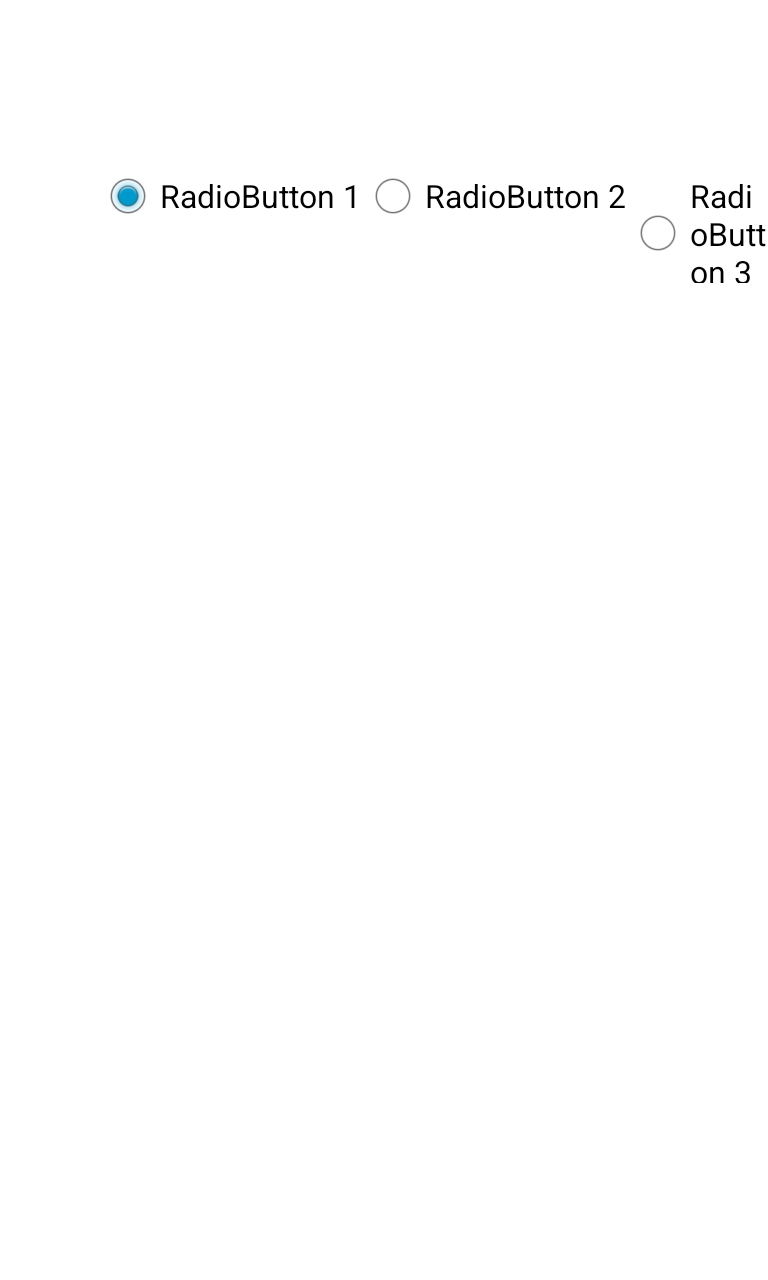
Repository: nicolas2lee/SpO2
Layout: testRadioGroup/res/layout/activity_main.xml
An editor plug-in stored every save of this project. The layout is shown before and after the next save, followed by the edit.
It is drawn on a 768 x 1280 px phone screen (xhdpi) without system bars, with theme AppTheme; the app's code is not run.

Above is the layout before, as saved 2016-01-21 13:49:30.

After the next save:
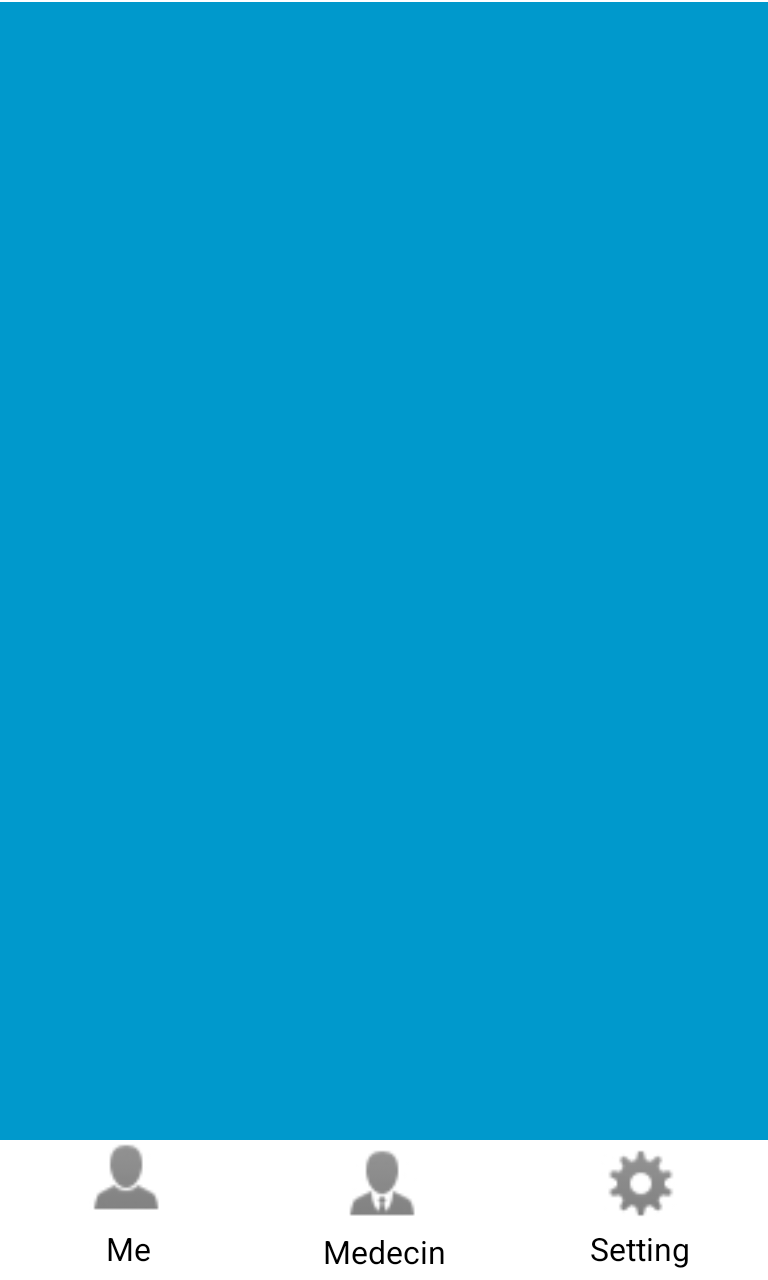
Saved 7 s later.
--- a/testRadioGroup/res/layout/activity_main.xml
+++ b/testRadioGroup/res/layout/activity_main.xml
@@ -1,37 +1,68 @@
 <RelativeLayout xmlns:android="http://schemas.android.com/apk/res/android"
     xmlns:tools="http://schemas.android.com/tools"
     android:layout_width="match_parent"
-    android:layout_height="match_parent" >
+    android:layout_height="match_parent"
+    android:background="#0099cc"
+    android:fitsSystemWindows="true" >
 
     <RadioGroup
         android:id="@+id/radioGroup1"
-        android:layout_width="wrap_content"
-        android:layout_height="wrap_content"
-        android:layout_alignParentLeft="true"
-        android:layout_alignParentTop="true"
-        android:layout_marginLeft="48dp"
-        android:layout_marginTop="82dp"
-        android:orientation="horizontal">
+        android:layout_width="match_parent"
+        android:layout_height="70dp"
+        android:layout_alignParentBottom="true"
+
+        android:background="@color/white"
+        android:orientation="horizontal"
+       >
 
         <RadioButton
-            android:id="@+id/radio0"
-            android:layout_width="wrap_content"
-            android:layout_height="wrap_content"
+            android:id="@+id/me"
+            android:layout_width="0dp"
+            android:layout_height="match_parent"
+
+            android:gravity = "center"
+            android:layout_weight="1"
+            android:button = "@null"
+            android:drawableTop="@drawable/me"
             android:checked="true"
-            android:text="RadioButton 1" />
+            android:text="Me" />
 
         <RadioButton
-            android:id="@+id/radio1"
-            android:layout_width="wrap_content"
-            android:layout_height="wrap_content"
-            android:text="RadioButton 2" />
+            android:id="@+id/medecin"
+            android:layout_width="0dp"
+            android:layout_height="match_parent"
+             android:paddingTop = "3dp"
+            android:gravity = "center"
+            android:layout_weight="1"
+            android:button = "@null"
+            android:drawableTop="@drawable/doctor"
+            android:text="Medecin" />
 
         <RadioButton
-            android:id="@+id/radio2"
-            android:layout_width="wrap_content"
-            android:layout_height="wrap_content"
-            android:text="RadioButton 3" />
+            android:id="@+id/setting"
+            android:layout_width="0dp"
+            android:layout_height="match_parent"
+            android:paddingTop = "3dp"
+            android:gravity = "center"
+            android:layout_weight="1"
+            android:button = "@null"
+           android:drawableTop="@drawable/setting"
+            android:text="Setting" />
 
     </RadioGroup>
 
+    <View
+        android:id="@+id/div_tab_bar"
+        android:layout_width="match_parent"
+        android:layout_height="2px"
+        android:layout_above="@+id/rg_tab_bar"
+        android:background="@color/white" />
+
+    <FrameLayout
+        android:id="@+id/ly_content"
+        android:layout_width="match_parent"
+        android:layout_height="match_parent"
+        android:layout_above="@+id/div_tab_bar"
+        android:layout_below="@+id/ly_top_bar"></FrameLayout>
+
 </RelativeLayout>
